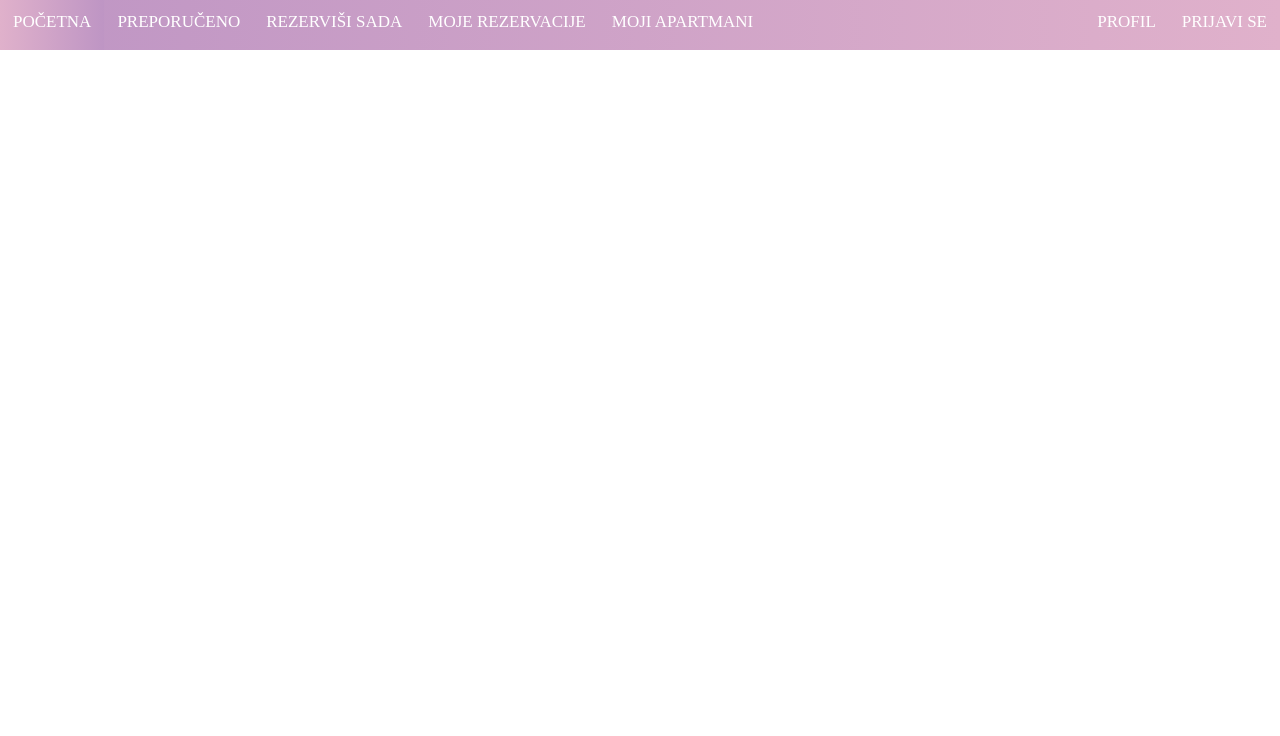
Repository: FTN-E2-materials/WEB
Page: BookingApp/static/index.html
The author's editor kept a copy of each file at every save. The page is drawn from the files as they stood at one save, then again after the next save.
The browser window is 1280 px wide. The pictures show the whole page.
The page's requests for data from a server got no answer.

Above is the page before, as saved 2020-08-15 19:47:55.

### BookingApp/static/index.html
<!DOCTYPE html>
<html>
<head>
<link href="css/startpage.css" rel="stylesheet" />
<meta http-equiv="Content-Type" content="text/html; charset=UTF-8">

</head>

	<body>

		<div id = "webApp" class = "main-window">
			<div class = "navigation-area">
		    	<ul class = "nav navbar">
		        <li class = "menu"><a href="homepage.html">Početna</a></li>
		        <li class = "menu"><a href="">Preporučeno</a></li>
		        <li class = "menu"><a href="bookpage.html">Rezerviši sada</a></li>
		        <li class = "menu"><a href="reservations.html">Moje rezervacije</a></li>
		        <li class = "menu"><a href="myapartments.html">Moji apartmani</a></li>
		        <li class = "menu" style="float:right"><a href="startpage.html">Prijavi se</a></li>
		        <li class = "menu" style="float:right"><a href="">Profil</a></li>
	            </ul>
            </div>
			<router-view></router-view>
		</div>


		<script src="scripts/vue.js"></script>
		<script src="scripts/vue-router.js"></script>
		<script src="scripts/jquery.min.js"></script>
		<script src="scripts/axios.js"></script>
		<script src="scripts/toast.js"></script>
		<script src="js/app.js"></script>
		<script src="js/login.js"></script>
	</body>
</html>

### BookingApp/static/css/startpage.css


.bg-login {
    width: 100%;
    height: 100vh;
    display: flex;
    justify-content: center;
    align-items: center;
    background: -webkit-linear-gradient(left, #BE95C4, #E0B1CB);
    font-family: 'Segoe UI', Tahoma, Geneva, Verdana, sans-serif;
}

  .main-window {
    width: 100%;
    height: 100vh;
    display: flex;
    justify-content: center;
    align-items: center;
}
.navigation-area{
  width: 100%;
  position: fixed;
  top: 0;
  height: 50px;
  border-bottom: #fff;
  background: -webkit-linear-gradient(left, #BE95C4, #E0B1CB);
}

ul {
  list-style-type : none;
  margin : 0;
  padding : 0;
  width: 100%;
  height: 100%;
  overflow : hidden;
  background: -webkit-linear-gradient(left, #BE95C4, #E0B1CB);
}

li{
  float: left;
  height: 100%;
}

li a {

  display: block;
  color: white;
  height: 100%;
  text-align: center;
  padding: 12px 13px;
  text-decoration: none;
  font-size: 17px;
  text-transform: uppercase;
}

li a:hover {
  background: -webkit-linear-gradient(left, #E0B1CB, #BE95C4);
}

input, button{
    border: none;
    outline: none;
    background: none;
}

.page-login{
    overflow: hidden;
    position: relative;
    width: 900px;
    height: 600px;
    background: #fff;
    box-shadow: 0 19px 38px rgba(0, 0, 0, 0.30), 0 15px 12px rgba(0, 0, 0, 0.22);
}

.form{
    position: relative;
    width: 640px;
    height: 100%;
    padding: 50px 30px;
    -webkit-transition:-webkit-transform 1.2s ease-in-out;
    transition: -webkit-transform 1.2s ease-in-out;
    transition: transform 1.2s ease-in-out;
    transition: transform 1.2s ease-in-out, -webkit-transform 1.2s ease-in-out;
}

.login-h1{
    width: 100%;
    font-size: 30px;
    text-align: center;
    text-transform: uppercase;
}

.login-label{
    display: block;
    width: 260px;
    margin: 25px auto 0;
    text-align: center;
}

.login-label span{
    font-size: 14px;
    font-weight: 600;
    color: #5E548E;
    text-transform: uppercase;
}

.form-part {
  width: 1000px;
  height: fit-content;;
  opacity: 0.9;
  margin-bottom: 20px;
  margin-top: 70px;
  border-radius: 10px;
  align-content: center;
  background-color: #fff;
  box-shadow: 0 19px 40px rgba(0, 0, 0, 0.30), 0 15px 12px rgba(0, 0, 0, 0.22);
}

.login-p {
  color: white;
}
.login-input {
    display: block;
    width: 100%;
    margin-top: 5px;
    text-align: center;
    font-size: 16px;
    padding-bottom: 5px;
    border-bottom: 1px solid rgba(109, 93, 93, 0.4);
    text-align: center;
    font-family: 'Segoe UI', Tahoma, Geneva, Verdana, sans-serif;
}

button{
    display: block;
    margin: 0 auto;
    width: 260px;
    height: 40px;
    border-radius: 30px;
    color: #fff;
    font-size: 15px;
    cursor: pointer;
}

.submit{
    margin-top: 40px;
    margin-bottom: 30px;
    text-transform: uppercase;
    font-weight: 600;
    font-family: 'Segoe UI', Tahoma, Geneva, Verdana, sans-serif;
    background: -webkit-linear-gradient(left, #BE95C4, #E0B1CB);
}

.submit:hover{
    background: -webkit-linear-gradient(left, #E0B1CB, #BE95C4);
}

.sub-page{
    overflow: hidden;
    position: absolute;
    left: 640px;
    top: 0;
    width: 900px;
    height: 100%;
    padding-left: 260px;
    background: #fff;
    -webkit-transition: -webkit-transform 1.2s ease-in-out;
    transition: -webkit-transform 1.2s ease-in-out;
    transition: transform 1.2s ease-in-out;
}

.page-login.s-signup .sub-page{
    -webkit-transform:translate3d(-640px, 0, 0);
        transform:translate3d(-640px, 0, 0);
}

.bground{
    overflow: hidden;
    z-index: 2;
    position: absolute;
    left: 0;
    top: 0;
    width: 260px;
    height: 100%;
    padding-top: 360px;
}

.bground:before{
    content: '';
    position: absolute;
    right: 0;
    top: 0;
    width: 900px;
    height: 100%;
    background-image: url(../images/bora-bora-sunset.jpg);
    background-size: cover;
    transition: -webkit-transform 1.2s ease-in-out;
    transition: transform 1.2s ease-in-out, -webkit-transform 1.2s ease-in-out;
  }

  .bground:after{
    content: '';
    position: absolute;
    left: 0;
    top: 0;
    width: 100%;
    height: 100%;
    background: rgba(0,0,0,0.3);
  }

.page-login.s-signup .bground:before{
    -webkit-transform:translate3d(640px, 0, 0);
            transform:translate3d(640px, 0, 0);
  }


.bground-text{
    z-index: 2;
    position: absolute;
    left: 0;
    top: 50px;
    width: 100%;
    padding: 0 20px;
    text-align: center;
    color: #fff;
    -webkit-transition:-webkit-transform 1.2s ease-in-out;
    transition: -webkit-transform 1.2s ease-in-out;
    transition: transform 1.2s ease-in-out, -webkit-transform 1.2s ease-in-out;
  }

  .bground-text h1{
    margin-bottom: 10px;
    font-weight: normal;
  }

  .bground-text p{
    font-size: 14px;
    line-height: 1.5;
  }

  .page-login.s-signup .bground-text.m-up{
    -webkit-transform:translateX(520px);
            transform:translateX(520px);
  }

  .bground-text.m-in{
    -webkit-transform:translateX(-520px);
            transform:translateX(-520px);
  }

  .page-login.s-signup .bground-text.m-in{
    -webkit-transform:translateX(0);
            transform:translateX(0);
  }


  .sign-in{
    padding-top: 65px;
    -webkit-transition-timing-function:ease-out;
            transition-timing-function:ease-out;
  }

  .bground.s-signup .sign-in{
    -webkit-transition-timing-function:ease-in-out;
            transition-timing-function:ease-in-out;
    -webkit-transition-duration:1.2s;
            transition-duration:1.2s;
    -webkit-transform:translate3d(640px, 0, 0);
            transform:translate3d(640px, 0, 0);
  }

  .bground-btn{
    overflow: hidden;
    z-index: 2;
    position: relative;
    width: 150px;
    height: 40px;
    margin: 0 auto;
    background: transparent;
    color: #fff;
    text-transform: uppercase;
    font-size: 15px;
    cursor: pointer;
    text-align: center;
  }

  .bground-btn:after{
    content: '';
    z-index: 2;
    position: absolute;
    left: 0;
    top: 0;
    width: 100%;
    height: 100%;
    border: 2px solid #fff;
    border-radius: 30px;
  }

  .bground-btn span{
    position: absolute;
    left: 0;
    top: 0;
    display: -webkit-box;
    display: flex;
    -webkit-box-pack:center;
    justify-content: center;
    align-items: center;
    width: 100%;
    height: 100%;
    -webkit-transition:-webkit-transform 1.2s;
    transition: -webkit-transform 1.2s;
    transition: transform 1.2s;
    transition: transform 1.2s, -webkit-transform 1.2s;;
  }

  .bground-btn span.m-in{
    -webkit-transform:translateY(-72px);
            transform:translateY(-72px);
  }

  .page-login.s-signup .bground-btn span.m-in{
    -webkit-transform:translateY(0);
            transform:translateY(0);
  }

  .page-login.s-signup .bground-btn span.m-up{
    -webkit-transform:translateY(72px);
            transform:translateY(72px);
  }

  .sign-up{
    -webkit-transform:translate3d(-900px, 0, 0);
            transform:translate3d(-900px, 0, 0);
  }

  .page-login.s-signup .sign-up{
    -webkit-transform:translate3d(0, 0, 0);
            transform:translate3d(0, 0, 0);
  }

### BookingApp/static/js/app.js
const login = { template : '<login></login>' }
const profile_view = { template : '<profile-view></profile-view>' }
const change_pass = { template : '<change_pass></change_pass>' }
const edit_profile = { template : '<edit_profile ></edit_profile>' }
const apartments = { template : "<apartments></apartments>" }
const apartmentDetails = {template : "<apartment-details></apartment-details>"}
const users_preview = {template : "<users_preview></users_preview>"}
const searchApartment = { template : "<search-apartment></search-apartment>" }
const my_apartments= { template : "<my_apartments></my_apartments>" }
const add_apartment= { template : "<add_apartment></add_apartment>" }
const reservations = { template : "<reservations></reservations>" }
const amenities = { template : "<amenities></amenities>"}
const edit_apartment = { template : "<edit_apartment></edit_apartment>"}
const homepage = { template : "<homepage></homepage>" }
const add_nonWorkingDays={template:"<add_nonWorkingDays></add_nonWorkingDays>"}
const forbidden = { template: "<forbidden></forbidden>" }
const registerHost = { template: "<registerHost></registerHost>" }

const router = new VueRouter({
    mode : 'hash',
    base : '/apartments',
    routes : [
		{ path : "/apartments", component: apartments },
		{ path : '/login', component: login },
		{ path : '/profile-view', component: profile_view },
		{ path : '/change_pass', component: change_pass },
		{ path : '/edit_profile', component: edit_profile },
		{ path : "/details", component: apartmentDetails },
		{ path : "/users_preview", component: users_preview },
		{ path : "/search", component: searchApartment },
		{ path : "/my_apartments", component: my_apartments },
		{ path : "/add_apartment", component: add_apartment },
		{ path : "/reservations", component: reservations },
		{ path : "/amenities", component: amenities },
		{ path : "/edit_apartment", component: edit_apartment },
		{ path : "/add_nonWorkingDays", component: add_nonWorkingDays },
		{ path : "/forbidden", component: forbidden },
		{ path : "/registerHost", component: registerHost }
    ]
});

var app = new Vue({
    router: router,
    el: '#webApp',
    data: {
    	mode : 'plsWork',
    	user : {
    		username : "xxxxxxxxxxxxx"
    	}
    },
    mounted() {
    	axios
	    	.get('/user/seeIfLogged')
	    	.then(response => {
	    		if (response.data == null) {
	    			this.mode = 'notLogged';
	    		} else
	    		{
	    			if (response.data.role == "Guest") {
	    				this.mode = 'guest';
	    			} else if (response.data.role == "Host") {
		    			this.mode = 'host';
		    		} else if (response.data.role == "Administrator") {
		    			this.mode = 'admin';
		    		} else {
		    			this.mode = 'notLogged';
		    		}
	    			this.user = response.data;
	    		}
	    	})

	    	window.location.href = "#/apartments";
    },
    methods : {
    	logOut : function() {
    		axios
    			.get('/user/logout')
    			.then(response => {
    				this.mode = 'notLogged';
    				console.log(this.mode);
    				window.location.href = "#/login";
    			})

    	},
    	viewProfile : function() {

            window.location.href = "http://localhost:8088/#/profile-view?id=" + this.user.username;
    	},
    	getReservations : function() {
    		window.location.href = "http://localhost:8088/#/reservations?id=" + this.user.username;

    	},
    	canSeePreview : function() {
    		console.log(this.mode);
    		if (this.mode == 'host') {
    			return false;
    		} else if (this.mode == 'admin') {
    			return false;
    		} else {
    			return true;
    		}
    	}
    }
});

### BookingApp/static/js/login.js
 Vue.component("login", {

	data: function () {
		    return {
		    	logged : null,
		    	error:'',
		    	usernameLog: '',
		    	usernameRegister: '',
		    	passwordRegister: '',
		    	nameRegister: '',
				surnameRegister: '',
				genderRegister:'',
		    	passwordRepeat: '',
			    passwordLog:'',
				errorMessage:'',
				registrationError: '',
				roleRegister : ""
		    }
	},

    template: `
<div class = "bg-login">
<div class = "page-login">
    <div class = "form sign-in">
        <h2 class = "login-h1">Prijava</h2>
        <label class = "login-label">
            <span> Korisničko ime </span>
			<input class = "login-input" type="text" name = "username" v-on:change="signalChange" v-model="usernameLog">
        </label>
        <label class = "login-label">
            <span> Lozinka </span>
			<input class = "login-input" type="password" name="password" v-model="passwordLog" v-on:change="signalChange">
			<p style="color:red">{{errorMessage}}</p>
			<button class="submit-login" v-on:click="tryToLogin"> Prijavi se </button>
        </label>

    </div>


<div class="sub-page">
    <div class = "bground">
        <div class = "bground-text m-up">
            <h1 class = "login-h1">Nemate <br> nalog?</h1>
            <p class = "login-p">Registrujte se i <br> rezervišite sebi apartman!</p>
        </div>

        <div class="bground-text m-in">
            <h1 class = "login-h1" >Već imate nalog?</h1>
            <p class = "login-p">Ako već imate nalog, prijavite se i rezervišite sebi apartman!</p>
        </div>
        <div class="bground-btn"  v-on:click="slideToOther">
            <span class="m-up">Registrujte se</span>
            <span class="m-in">Prijavite se</span>
        </div>
</div>

<div class="form sign-up">
    <h1>Registracija</h1>
    <label class = "login-label">
        <span >Ime</span>
        <input class = "login-input" type="text" v-model="nameRegister"  name="name">
    </label>
    <label class = "login-label">
        <span>Prezime</span>
        <input class = "login-input" type="text" name="surname" v-model="surnameRegister">
    </label>
    <label class = "login-label" >
        <span>Korisničko ime</span>
        <input class = "login-input" type="text" name="username" v-model="usernameRegister">
    </label>
    <label class = "login-label">
        <span>Lozinka</span>
        <input class = "login-input" type="password" name="password" v-model="passwordRegister">
    </label>
    <label class = "login-label">
        <span>Ponovite lozinku</span>
        <input type="password" class = "login-input"  name="passwordRepeat" v-model="passwordRepeat">
	</label>
	<label class = "login-label">
	<span>Pol</span>

	<tr class="radio_button">
	<td>
	<input type="radio" id="male" name="gender" value="Musko" v-model="genderRegister" style="width:70px;">
	<span for="male" style="width:70px;">Muško</span>
	</td>
	<td>
	<input type="radio" id="female" name="gender" value="Zensko" v-model="genderRegister"  style="width:70px;">
	<span for="female"  style="width:70px;">Žensko</span>
	</td>
	<td>
	<input type="radio" id="other" name="gender" value="Ostalo" v-model="genderRegister"  style="width:70px;">
	<span for="other"  style="width:70px;">Ostalo</span>
	</td>
	</tr>
	</label>

	<label class = "login-label">
	<span>Uloga</span>

	<tr class="radio_button">
	<td>
	<input type="radio" id="guest" name="role" value="Guest" v-model="roleRegister" style="width:70px;">
	<span for="male" style="width:70px;">Gost</span>
	</td>
	<td>
	<input type="radio" id="host" name="role" value="Host" v-model="roleRegister"  style="width:70px;">
	<span for="female"  style="width:70px;">Domaćin</span>
	</td>
	</tr>
	</label>

	<p style="color:red">{{registrationError}}</p>
    <button type="button" class="submit-reg" v-on:click="registerUser">Registrujte se</button>
</div>

</div>
</div>
</div>
    `,

	mounted () {
       axios
        .get('/test')
        .then(response => {
        	if(response.data == null)
        		this.logged = false;
        	else
        		this.logged = true;
        })

    },
    methods : {
    	slideToOther : function() {
    		document.querySelector('.page-login').classList.toggle('s-signup');
    	},

    	tryToLogin : function() {

			if(this.usernameLog=='' || this.passwordLog=='')
			{
				this.errorMessage="Morate popuniti sva polja.";
			}
			else
			{

				let loginParameters = {
    				username : this.usernameLog,
    				password : this.passwordLog
    		};

    		axios
    			.post('/user/login', JSON.stringify(loginParameters))
    			.then(response => {
    				if (response.data == "") {
						this.errorMessage="Neispravno korisničko ime ili lozinka.";
					}
					else if (response.data == "Korisnik je blokiran") {
						this.errorMessage="Blokirani ste i ne možete da se prijavite.";
					}

					else {
    					window.location.href = "http://localhost:8088/";
    				}
				})
			}



    	},
    	registerUser : function() {
			let flag=true;

			if(this.nameRegister=="" || this.roleRegister == "" ||this.surnameRegister=="" ||this.usernameRegister=="" ||this.passwordRegister=="" || this.genderRegister=="")
			{
				registrationError="Morate popuniti sva polja u formi.";
				flag=false;
			}
			else if(this.passwordRegister!=this.passwordRepeat)
			{
				registrationError="Lozinke se ne slažu.";
				flag=false;
			}
			if(flag)
			{
				let genderReg;
				if (this.genderRegister == 'Musko') {
					genderReg = 'Male';
				} else if(this.genderRegister == 'Zensko'){
					genderReg = 'Female';
				} else {
					genderReg = 'Other';
				}
				let registrationParameters = {
    				name : this.nameRegister,
    				surname : this.surnameRegister,
    				username : this.usernameRegister,
    				password : this.passwordRegister,
    				role : this.roleRegister,
    				gender : genderReg
    		};

    		axios
    			.post('/user/register', JSON.stringify(registrationParameters))
    			.then(response => {
    				if (response.data == null) {
    					window.location.href = "#/login";
    				} else {
    					window.location.href = "http://localhost:8088/";
    				}
    			})
			}

		},

		signalChange : function()
		{
			this.errorMessage="";
		}
    }
});

Loaded but not shown: BookingApp/static/scripts/vue.js (library); BookingApp/static/scripts/jquery.min.js (library); BookingApp/static/scripts/toast.js (common file); BookingApp/static/scripts/vue-router.js (2922 lines, source omitted); BookingApp/static/scripts/axios.js (1660 lines, source omitted)

After the next save:
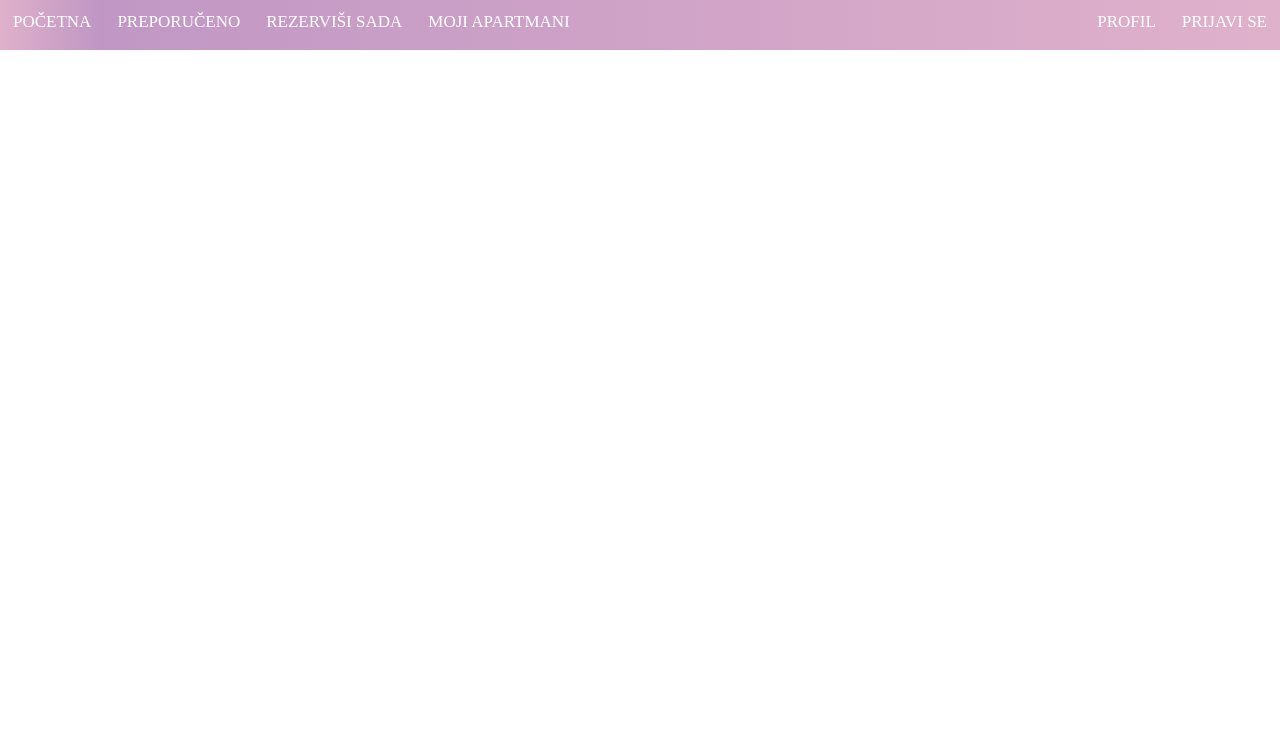
Saved 48 min 32 s later.
--- a/BookingApp/static/index.html
+++ b/BookingApp/static/index.html
@@ -14,7 +14,7 @@
 		        <li class = "menu"><a href="homepage.html">Početna</a></li>
 		        <li class = "menu"><a href="">Preporučeno</a></li>
 		        <li class = "menu"><a href="bookpage.html">Rezerviši sada</a></li>
-		        <li class = "menu"><a href="reservations.html">Moje rezervacije</a></li>
+		        <li class = "menu" v-bind:hidden = "mode != 'admin'"><a href="reservations.html">Moje rezervacije</a></li>
 		        <li class = "menu"><a href="myapartments.html">Moji apartmani</a></li>
 		        <li class = "menu" style="float:right"><a href="startpage.html">Prijavi se</a></li>
 		        <li class = "menu" style="float:right"><a href="">Profil</a></li>
